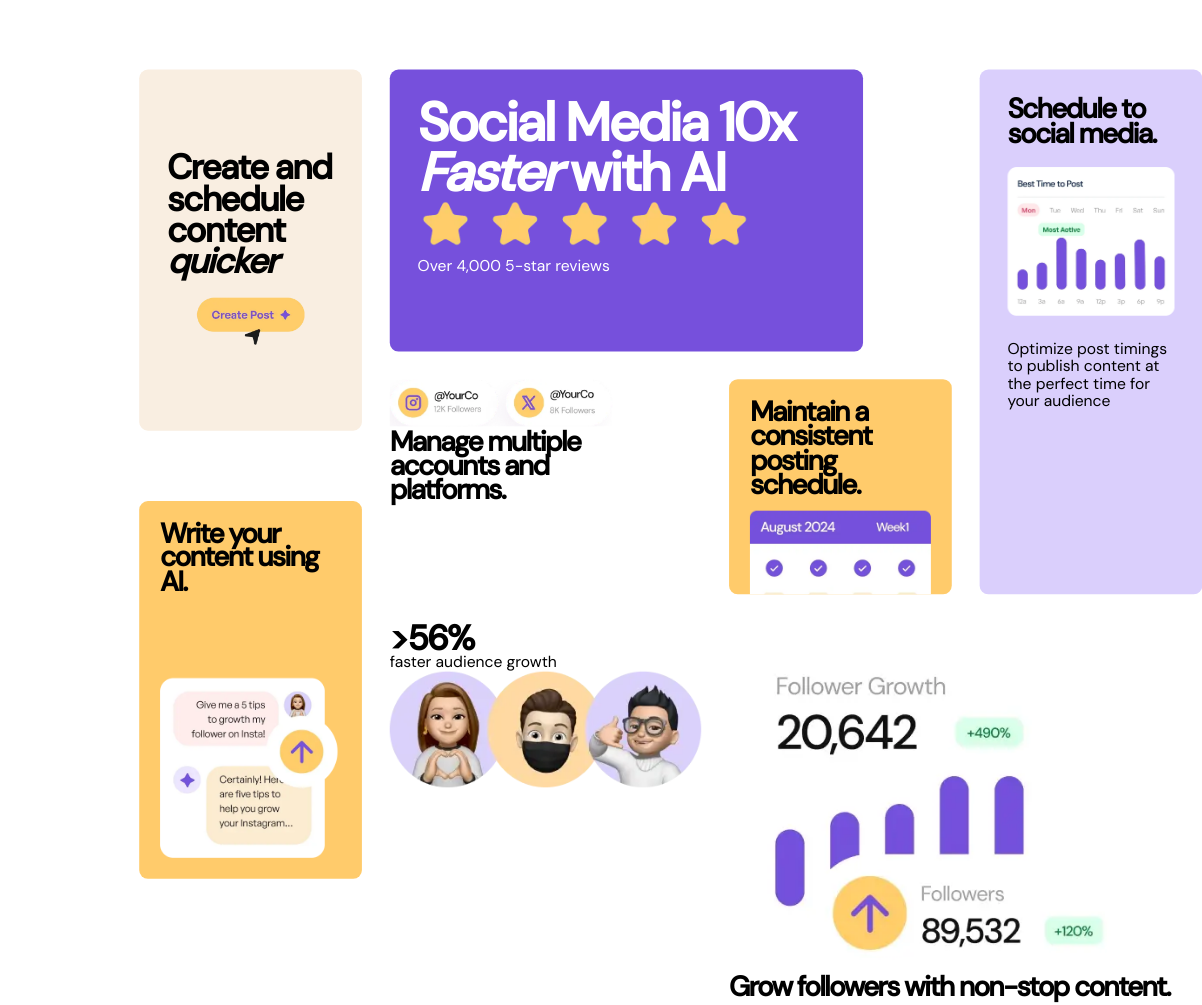
Repository: brandontaylor1/bento-grid
Page: index.html
The author's editor kept a copy of each file at every save. The page is drawn from the files as they stood at one save, then again after the next save.
The browser window is 1280 px wide. The page is 1382 px wide, then 1280 px, then 1382 px, so the pictures cover 1382 px, including what lies to the right of the window. The pictures show the whole page, at 87% of full size.

Above is the page before, as saved 2025-01-22 11:39:26.

### index.html
<!DOCTYPE html>
<html lang="en">
<head>
    <meta charset="UTF-8">
    <meta name="viewport" content="width=device-width, initial-scale=1.0">
    <link rel="stylesheet" href="styles.css">
    <title>Bento Grid</title>
</head>
<body>
    <main class="container">
        <div class="grid-container">
            <div class="grid-item-1">
                <h1>Social Media <span>10x </span><em>Faster </em>with AI </h1>
                <img src="./assets/images/illustration-five-stars.webp" alt="five star images">
                <p>Over 4,000 5-star reviews</p>
            </div>
            <div class="grid-item-2">
                <img src="./assets/images/illustration-multiple-platforms.webp" alt="two social media images">
                <h3>Manage multiple accounts and platforms.</h3>
            </div>
            <div class="grid-item-3">
                <h3>Maintain a consistent <br> posting schedule.</h3>
                <img src="./assets/images/illustration-consistent-schedule.webp" alt="schedule">
            </div>
            <div class="grid-item-4">
                <h3>Schedule to social media.</h3>
                <img src="./assets/images/illustration-schedule-posts.webp" alt="schedule of posts">
                <p>Optimize post timings to publish content at the perfect time for your audience</p>
            </div>
            <div class="grid-item-5">
                <img src="./assets/images/illustration-grow-followers.webp" alt="follower growth">
                <h3>Grow followers with non-stop content.</h3>
            </div>
            <div class="grid-item-6">
                <h2> >56%</h2>
                <p>faster audience growth</p>
                <img src="./assets/images/illustration-audience-growth.webp" alt="pictures of cartoon audience">
            </div>
            <div class="grid-item-7">
                <h2>Create and schedule content <em>quicker</em></h2>
                <img src="./assets/images/illustration-create-post.webp" alt="create post image">
            </div>
            <div class="grid-item-8">
                <h3>Write your content using AI.</h3>
                <img src="./assets/images/illustration-ai-content.webp" alt="Ai Content Image">
            </div>
        </div>
    </main>

</body>
</html>

### styles.css

@font-face {
    font-family: "DMSans-Medium";
    src: url('./assets/fonts/DMSans-Medium.ttf') format('truetype');
    font-weight: 500;
    font-style: normal;
}

@font-face {
    font-family: "DMSans-MediumItalic";
    src: url('./assets/fonts/DMSans-MediumItalic.ttf') format('truetype');
    font-weight: 500;
    font-style: italic;
}

@font-face {
    font-family: "DMSans-Regular";
    src: url('./assets/fonts/DMSans-Regular.ttf') format('truetype');
    font-weight: 400;
    font-style: normal;
}

* {
    margin: 0;
    padding: 0;
    box-sizing: border-box;

}

:root {

    /* COLORS */
    --purple100: hsl(254, 88%, 90%);
    --purple500: hsl(256, 67%, 59%);

    --yellow100: hsl(31, 66%, 93%);
    --yellow500: hsl(39, 100%, 71%);

    --white: hsl(0, 0%, 100%);
    --black: hsl(0, 0%, 0%);
    --font-black: #121212;

    --spacing-5: 40px;
    --spacing-4: 32px;
    --spacing-3: 24px;
    --spacing-2: 16px;
    --spacing-1: 8px;

    /* TYPOGRAPHY */
    --font-family-regular: "DMSans-Regular", sans-serif;
    --font-family-medium: "DMSans-Medium", sans-serif;

    --font-size-h1: 62px;
    --line-height-h1: 93.5%;
    --letter-spacing-h1: -3px;

    --font-size-h2: 40px;
    --line-height-h2: 90%;
    --letter-spacing-h2: -2px;

    --font-size-h3: 32px;
    --line-height-h3: 87.5%;
    --letter-spacing-h3: -2px;

    --font-size-p: 18px;
    --line-height-p: 111%;
    --letter-spacing-p: 0px;
}

/* TYPOGRAPHY */
h1 {
    font-family: var(--font-family-medium);
    font-size: var(--font-size-h1);
    line-height: var(--line-height-h1);
    letter-spacing: var(--letter-spacing-h1);
}

h2 {
    font-family: var(--font-family-medium);
    font-size: var(--font-size-h2);
    line-height: var(--line-height-h2);
    letter-spacing: var(--letter-spacing-h2);
}

h3 {
    font-family: var(--font-family-medium);
    font-size: var(--font-size-h3);
    line-height: var(--line-height-h3);
    letter-spacing: var(--letter-spacing-h3);
}

p {
    font-family: var(--font-family-regular);
    font-size: var(--font-size-p);
    line-height: var(--line-height-p);
    letter-spacing: var(--letter-spacing-p);

}

.container {
    height: 100vh;
}

.grid-container {
    height: 100%;
    width: 100%;
    display: grid;
    grid-template-areas:
    " a b b b b c c"
    " a b b b b c c"
    " a d d e e c c "
    " f d d e e c c"
    " f g g h h h h"
    " f g g h h h h";
    gap: 32px;
    width: 100%;
    padding: 80px 160px 65px 160px;
}

.grid-item-1 {
    background-color: var(--purple500);
    color: var(--white);
    padding: 32px;
    border-radius: 10px;
    width: 544px;
    height: 324px;
    grid-area: b;
}

.grid-item-2 {
    grid-area: d;
    width: 256px;
    height: 247px;
}

.grid-item-2 img {
    width: 100%;
}

.grid-item-3 {
    grid-area: e;
    width: 256px;
    height: 247px;
    padding: 24px 24px 0 24px;
    border-radius: 10px;
    background-color: var(--yellow500);
    overflow: hidden;
}

.grid-item-3 img {
    width: 100%;
    padding-top: 16px;
}

.grid-item-4 {
    grid-area: c;
    width: 256px;
    height: 603px;
    padding: 32px;
    flex-direction: column;
    align-items: flex-start;
    justify-content: center;
    border-radius: 10px;
    background-color: var(--purple100);
}

.grid-item-4 img {
    width: 100%;
    padding: 24px 0;
}

.grid-item-5 {
    grid-area: h;
}

.grid-item-6 {
    grid-area: g;
}

.grid-item-7 {
    background-color: var(--yellow100);
    width: 256px;
    height: 415px;
    padding: 32px;
    border-radius: 10px;
    display: flex;
    flex-direction: column;
    align-items: center;
    justify-content: center;
    grid-area: a;
}

.grid-item-7 p {
    color: var(--color-black, #121212);
    font-family: "DM Sans";
    font-size: var(--font-size-text-preset-2, 40px);
    font-style: normal;
    font-weight: 500;
    line-height: var(--font-size-text-preset-2); /* 90% */
    letter-spacing: -2px;
}

.grid-item-7 img {
    width: 65%;
    padding-top: 24px;
}

.grid-item-8 {
    grid-area: f;
    width: 256px;
    height: 434px;
    padding: 24px;
    display: flex;
    flex-direction: column;
    align-items: flex-start;
    justify-content: space-between;
    border-radius: 10px;
    background-color: var(--yellow500);
}

.grid-item-8 img {
    width: 204px;
    padding-top: 24px;
}

/* RESPONSIVE */

/* MOBILE */
@media screen and (max-width: 480px) {
    .container {
        height: auto;
        background-color: #F6F5F6;
    }

    .grid-container {
        display: grid;
        grid-template-areas:
        "a"
        "b"
        "c"
        "d"
        "e"
        "f"
        "g"
        "h";
        gap: var(--spacing-4);
    }

    .grid-item-1 {
        background-color: var(--purple500);
        color: var(--white);
        text-align: center;
        padding: 40px 32px;
        border-radius: 10px;
        width: 100%;
        grid-area: a;
    }

    .grid-item-1 h1 {
        padding-bottom: 24px;
    }

    .grid-item-1 img {
        width: 192px;
        padding-bottom: 8px;
    }

    .grid-item-1 span {
        color: var(--yellow500);
    }

    .grid-item-2 {
        background-color: var(--white);
        padding: 16px;
        border-radius: 10px;
        grid-area: b;
    }
    .grid-item-2 img {
        width: 100%;
    }

    .grid-item-2 h3 {
        color: #121212;
    }

    .grid-item-3 {
        background-color: var(--yellow500);
        padding: 16px;
        border-radius: 10px;
        overflow: hidden;
        grid-area: c;
    }

    .grid-item-3 img {
        width: 288px;
        height: auto;
        padding-top: 16px;
        margin-bottom: -40px;
    }

    .grid-item-4 {
        background-color: var(--purple100);
        padding: 32px;
        border-radius: 10px;
        text-align: center;
        grid-area: d;
    }

    .grid-item-4 img {
        width: 100%;
        padding: 24px 0;

    }

    .grid-item-5 {
        background-color: var(--purple500);
        color: var(--white);
        padding: 32px;
        border-radius: 10px;
        display: flex;
        flex-direction: column;
        align-items: center;
        justify-content: center;
        text-align: center;
        grid-area: e;
    }

    .grid-item-5 img {
        padding-bottom: 40px;
        width: 228px;
        height: auto;
    }

    .grid-item-5 h3 {
        width: 257px;
        height: auto;
    }

    .grid-item-6 {
        background-color: var(--white);
        padding: 16px;
        border-radius: 10px;
        text-align: left;
        padding: 24px;
        grid-area: f;
    }

    .grid-item-6 h2 {
        padding-bottom: 15px;
    }

    .grid-item-6 img {
       width: 50%;
       padding-top: 24px;

    }

    .grid-item-7 {
        background-color: var(--yellow100);
        padding: 32px;
        border-radius: 10px;
        text-align: left;
        grid-area: g;
    }

    .grid-item-7 img {
        width: 65%;
        padding-top: 24px;
    }

    .grid-item-7 em {
        color: var(--purple500);
    }

    .grid-item-8 {
        background-color: var(--yellow500);
        padding: 24px;
        border-radius: 10px;
        text-align: left;
        grid-area: h;
    }

    .grid-item-8 img {
        width: 75%;
        padding-top: 24px;
    }


}

After the next save:
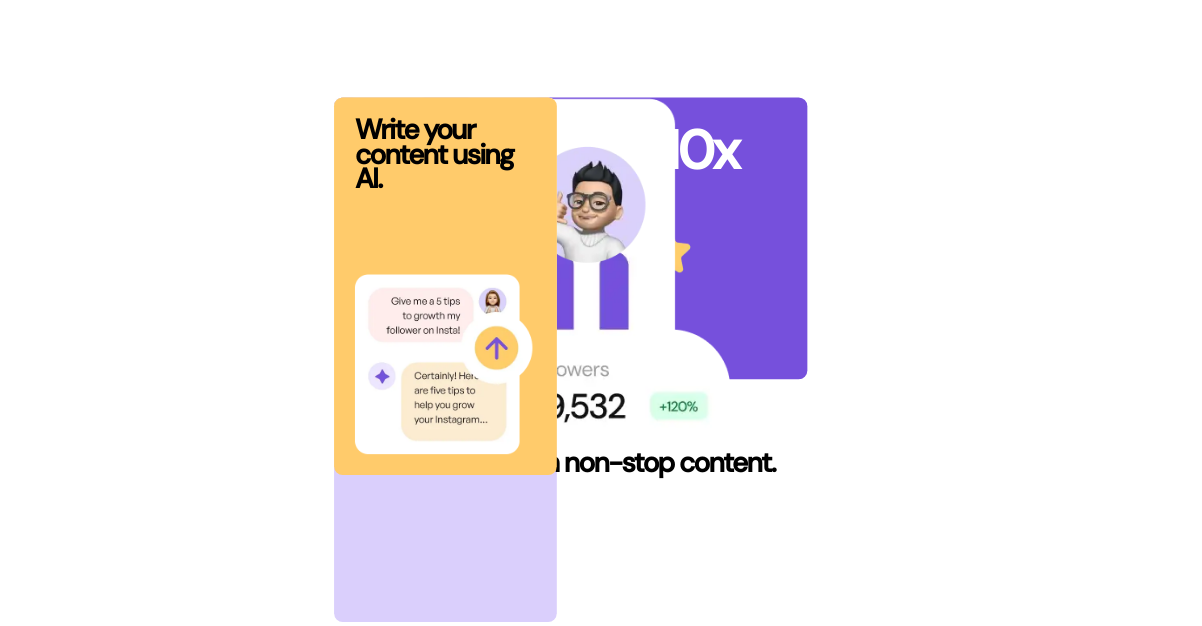
Saved 24 s later.
--- a/styles.css
+++ b/styles.css
@@ -106,8 +106,8 @@
     width: 100%;
     display: grid;
     grid-template-areas:
-    " a b b b b c c"
-    " a b b b b c c"
+    " a b b b b b c"
+    " a b b b b b c"
     " a d d e e c c "
     " f d d e e c c"
     " f g g h h h h"

After the save that followed:
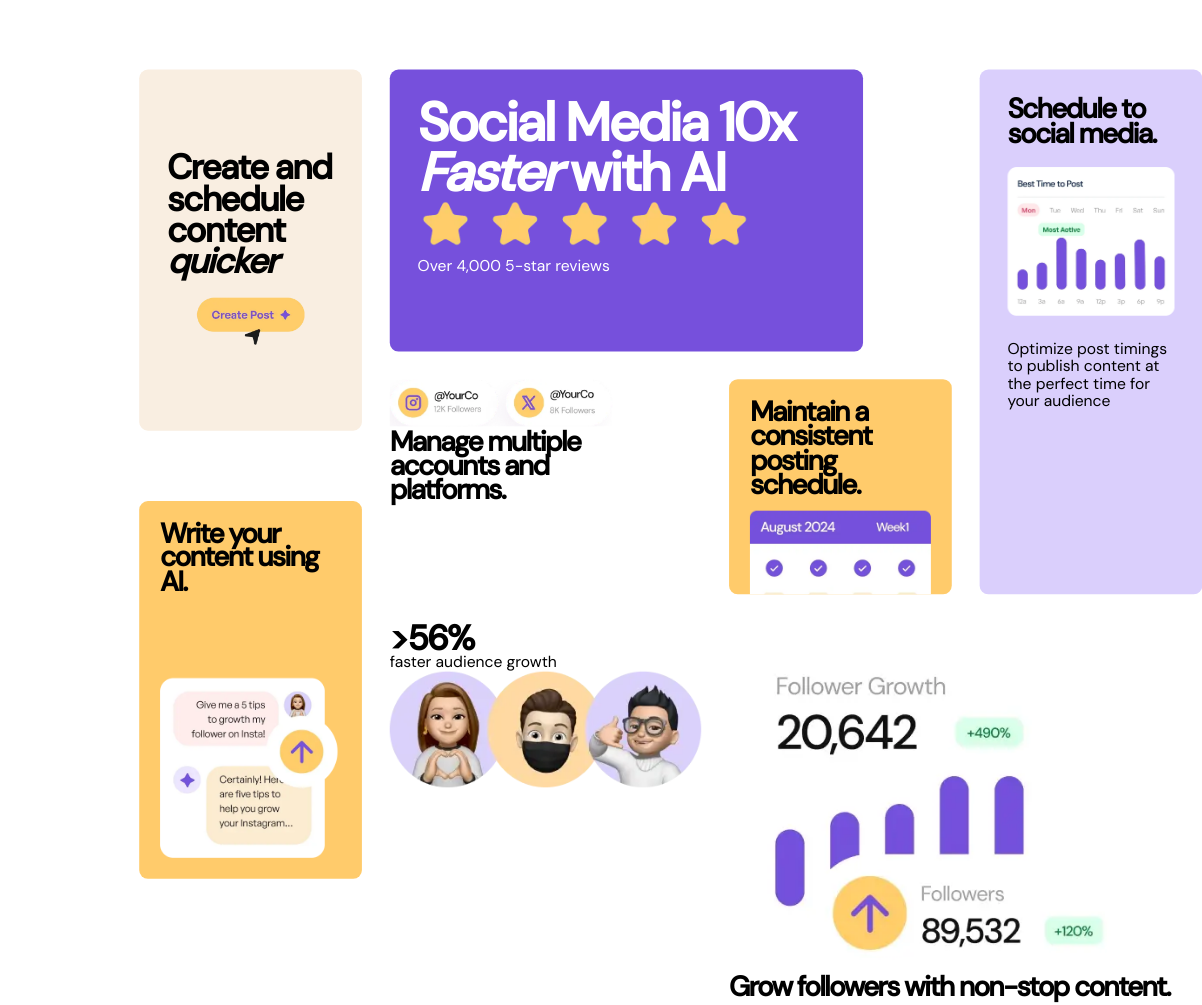
Saved 7 s later.
--- a/styles.css
+++ b/styles.css
@@ -106,8 +106,8 @@
     width: 100%;
     display: grid;
     grid-template-areas:
-    " a b b b b b c"
-    " a b b b b b c"
+    " a b b b b c c"
+    " a b b b b c c"
     " a d d e e c c "
     " f d d e e c c"
     " f g g h h h h"
